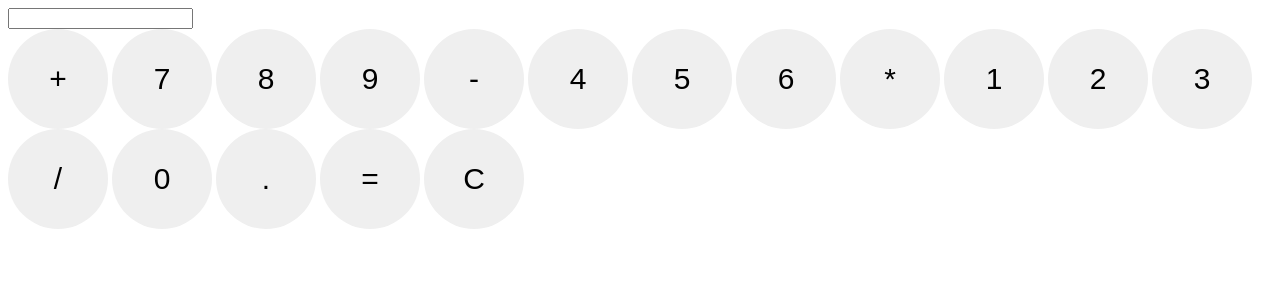
Repository: Haakim19/JavaScript
Page: Calculater/Main.html
An editor plug-in stored every save of this project. The page is shown before and after the next save, followed by the edit.
The browser window is 1280 px wide. The pictures show the whole page.

Above is the page before, as saved 2024-10-22 21:39:20.

After the next save:
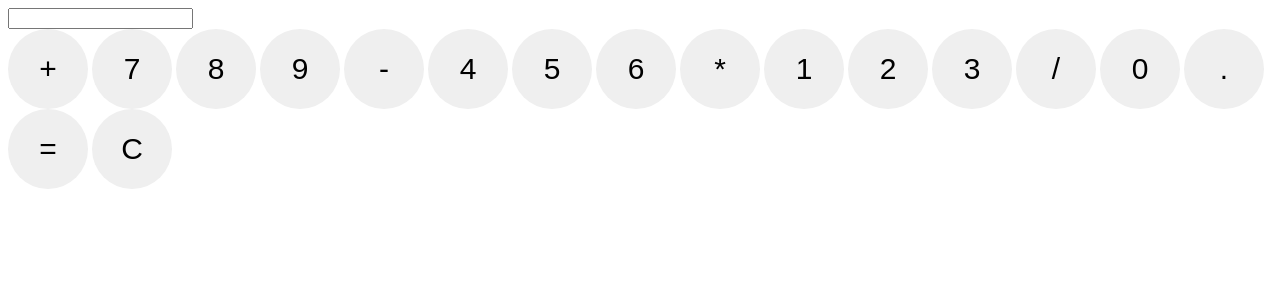
Saved 12 s later.
--- a/Calculater/Main.css
+++ b/Calculater/Main.css
@@ -1,6 +1,6 @@
 button{
-    width: 100px;
-    height: 100px;
+    width: 80px;
+    height: 80px;
     border-radius: 50px;
     border: none;
     font-size: 30px;
